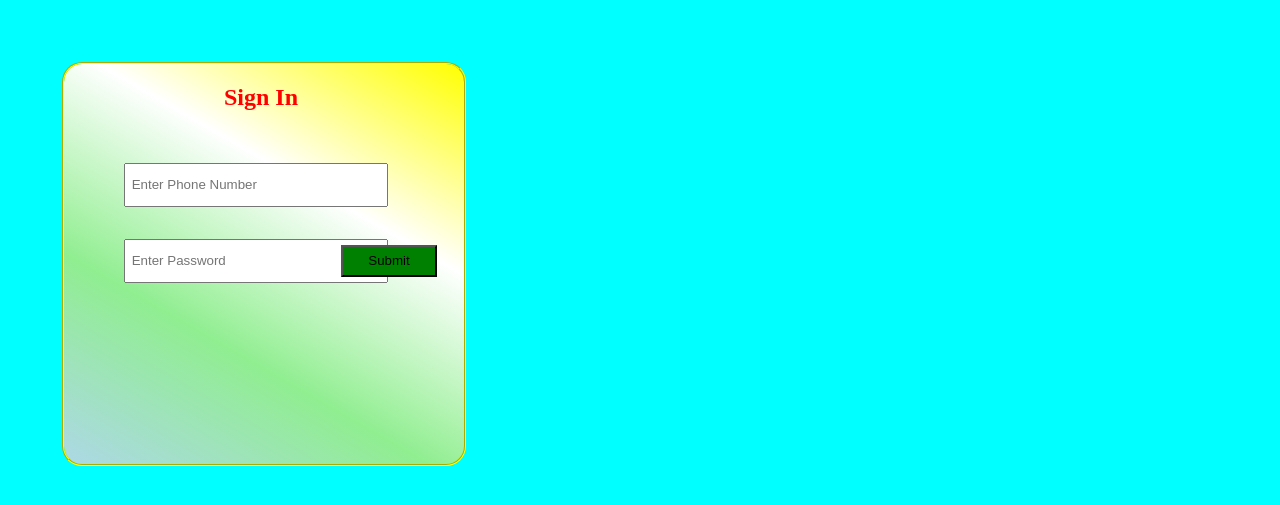
Repository: Amani-Kibet/express-app-web
Page: public/Card.html
An editor plug-in stored every save of this project. The page is shown before and after the next save, followed by the edit.
The browser window is 1280 px wide. The pictures show the whole page.

Above is the page before, as saved 2025-09-25 21:23:25.

After the next save:
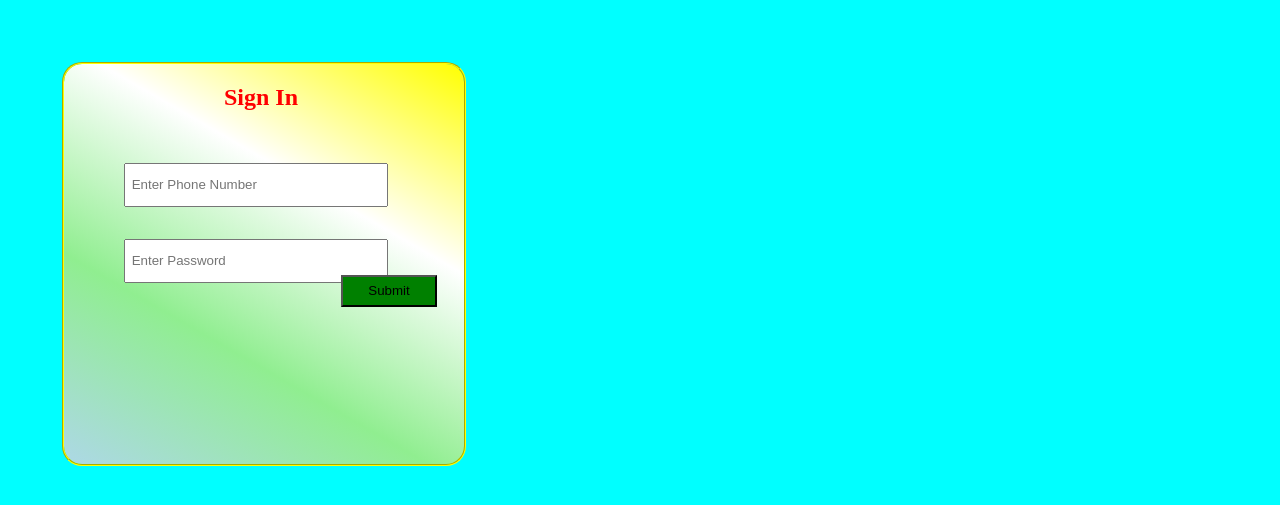
Saved 25 s later.
--- a/public/Card.html
+++ b/public/Card.html
@@ -29,7 +29,7 @@
     position: relative;
     width: 6rem;
     height: 2rem;
-    margrin-left: 20px;
+    top: 30px;
   }
   </style>
 </head>
